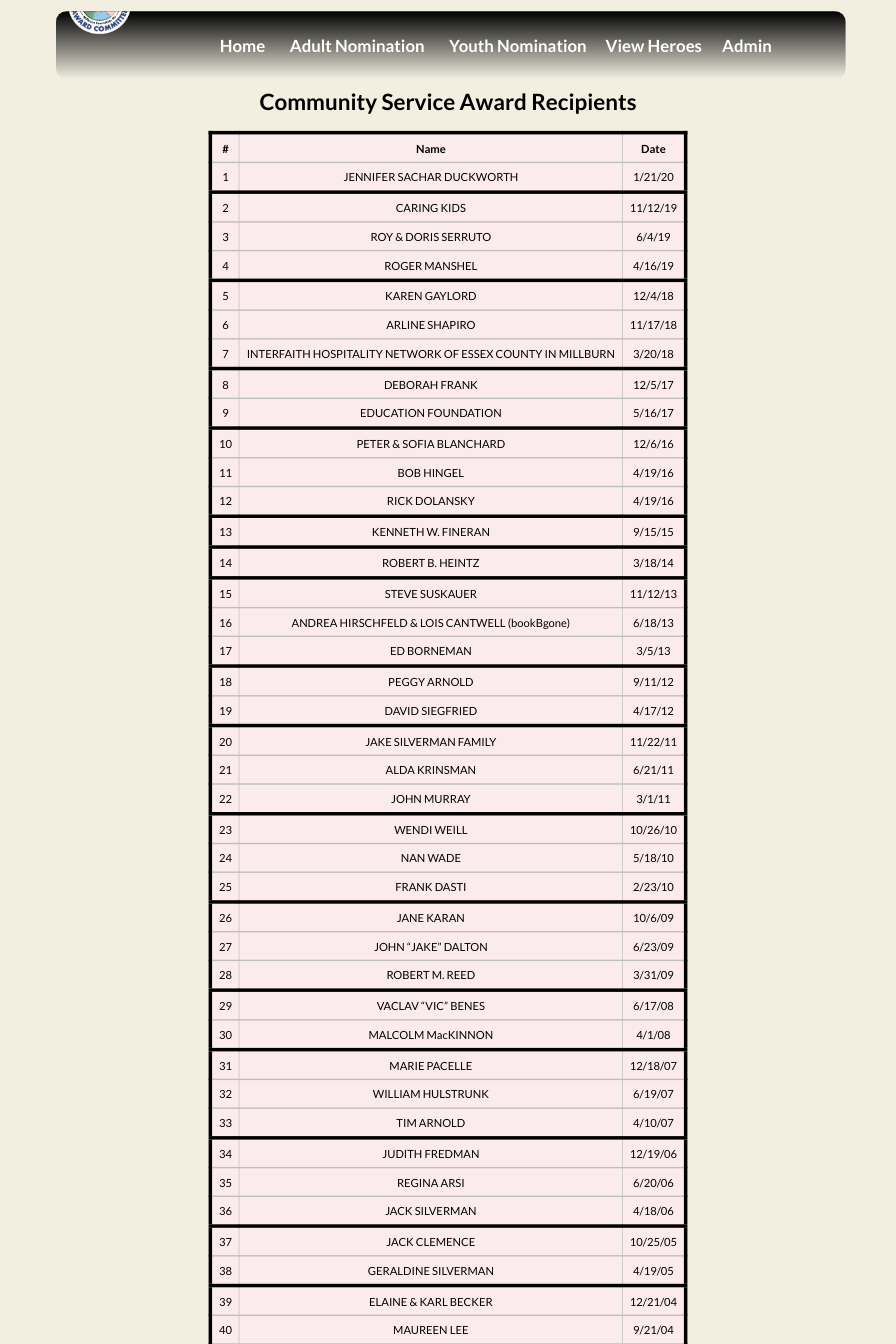
Repository: Centrattic/Young-Heroes-Website
Page: http://localhost/Frontend/before2020.php
These files come from the project's save history. The page is drawn as it stood at one moment and after the next save; the edit follows.
The browser window is 1280 px wide. The pictures show the part of the page from y = 0 to 1920 px (the page is 3810 px tall), at 70% of full size.
The page is run by PHP 8.4 with error messages shown; the project is at /var/www/html/.

Above is the page before, as saved 2020-12-21 14:27:12.

After the next save:
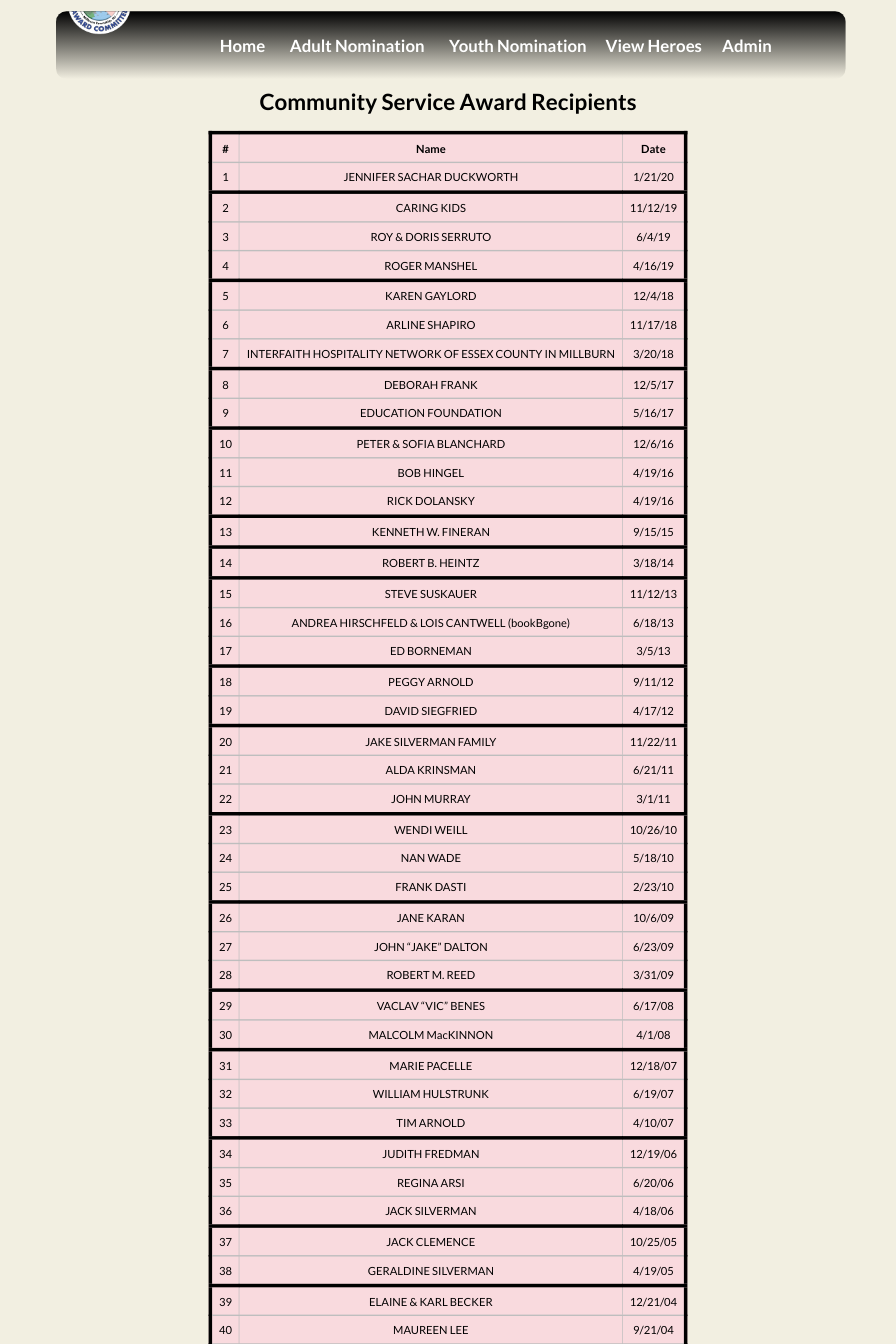
Saved 14 s later.
--- a/Eagle Project/Frontend/before2020.php
+++ b/Eagle Project/Frontend/before2020.php
@@ -25,7 +25,7 @@ require '../Backend/dbhconnect.php';
             margin: 0 auto;
             border: 5px solid black;
             border-radius: 0px;
-            background-color: #fcebed;
+            background-color: #f9dade;
             width: 60%;
         }
 
